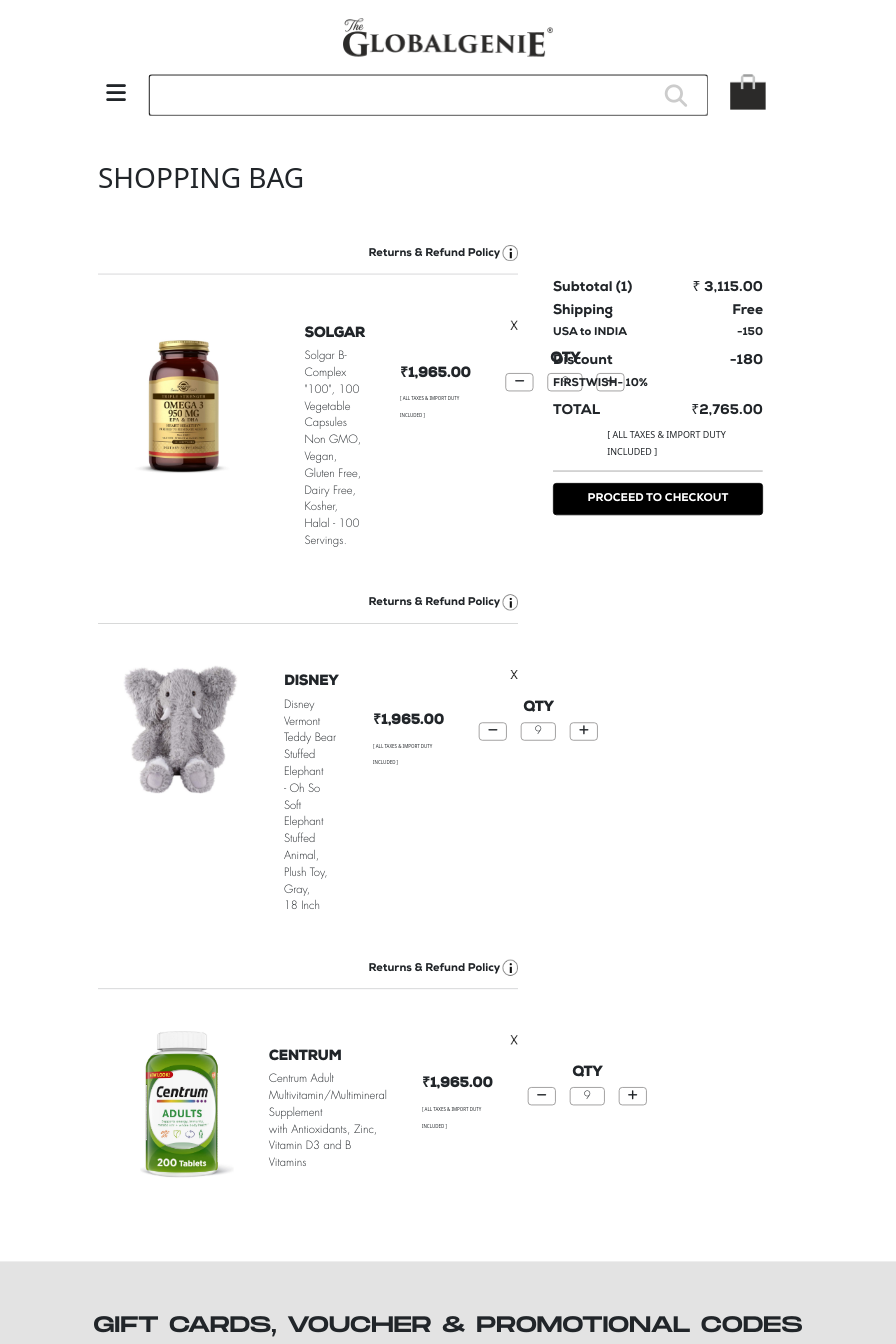
Repository: FlyweisReact/newGlobalGinie
Page: /shoppingBag
An editor plug-in stored every save of this project. The page is shown before and after the next save, followed by the edit.
The browser window is 1280 px wide. The pictures show the part of the page from y = 0 to 1920 px (the page is 3647 px tall before and 3639 px after), at 70% of full size.
Some web libraries are served in a nearby version. The project was rebuilt for these pictures with package versions that can differ from the ones it lists, and the page was loaded fresh each time. Also part of the build but not shown: src/Screen/Return.js, src/Screen/Address.js, src/Screen/AllOrders.js, src/Screen/AllProduct.js, src/Component/Hero2.js, src/Screen/Baby.css, src/Component/Reviews.js, src/Screen/Baby.js and 34 more.

Above is the page before, as saved 2023-02-17 14:04:15.

After the next save:
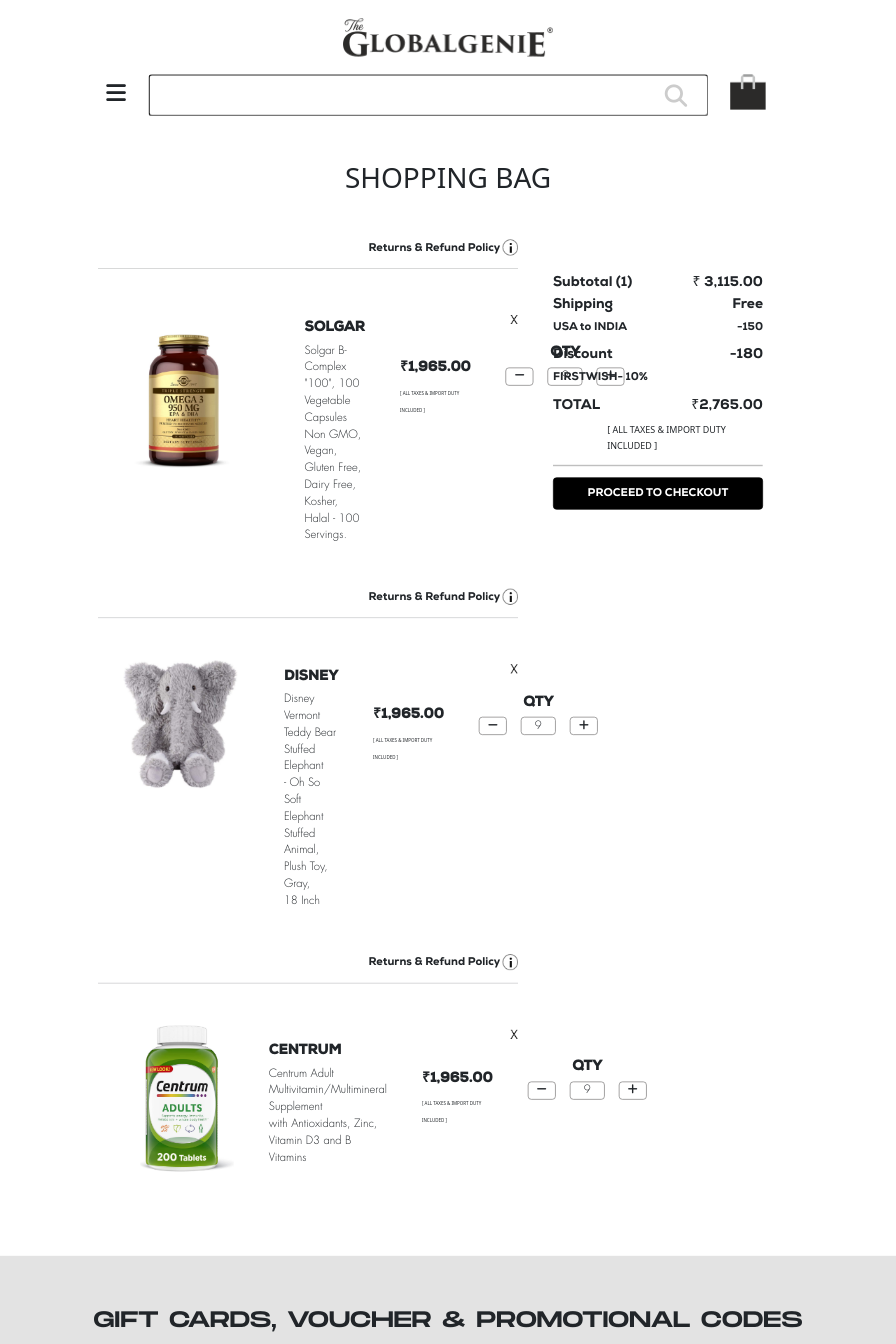
Saved 8 s later.
--- a/src/Screen/Shoppingbag.js
+++ b/src/Screen/Shoppingbag.js
@@ -19,7 +19,8 @@
   return (
     <>
       <div className="MyOrderHead">
-        <h1> SHOPPING BAG</h1>
+      <h1 style={{ textAlign: "center", display: "block", margin: "auto" }}>
+         SHOPPING BAG</h1>
       </div>
 
       <div className="OrderSummary">
